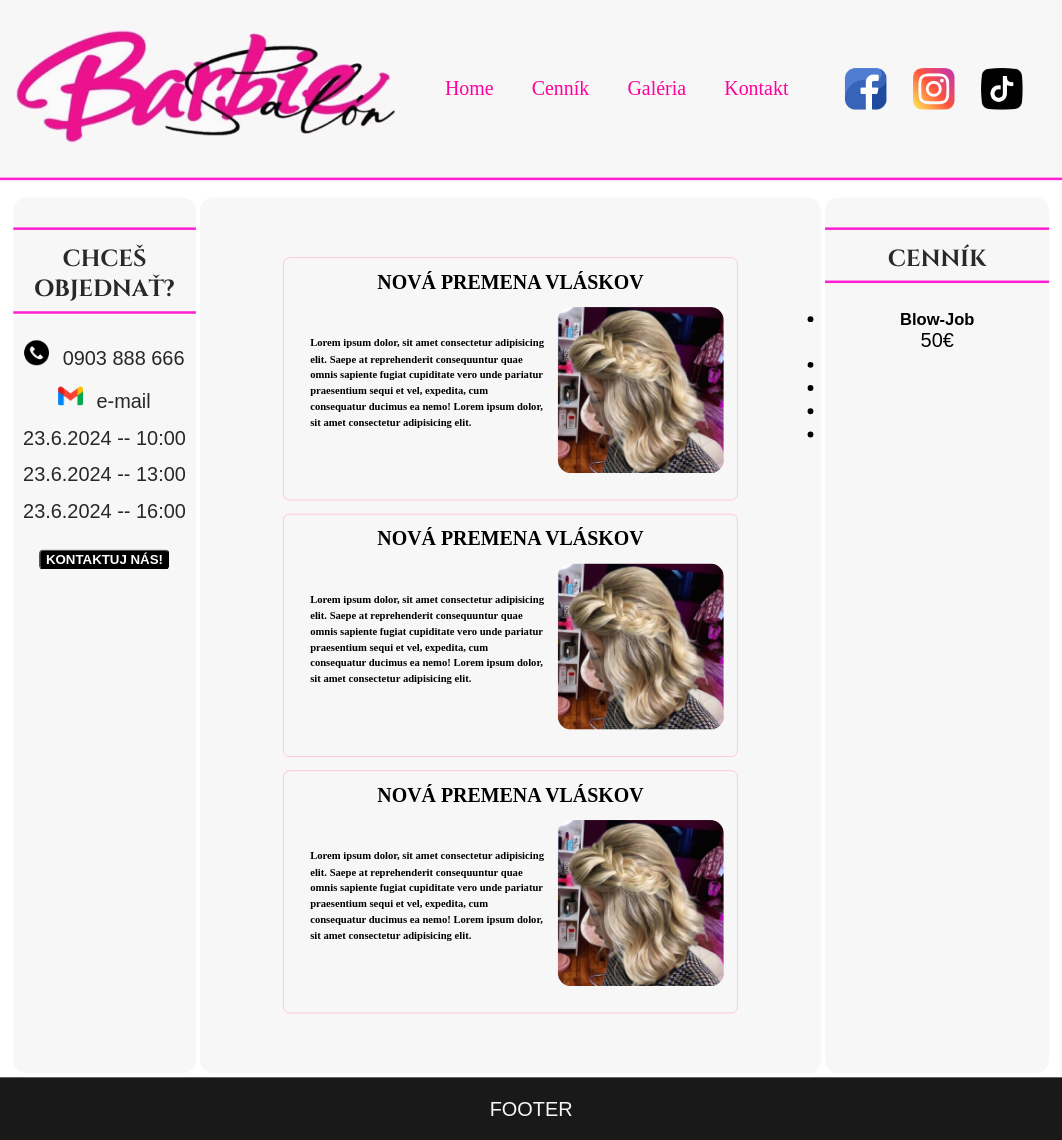
Repository: Badynko/Barbie-salon
Page: index.html
The author's editor kept a copy of each file at every save. The page is drawn from the files as they stood at one save, then again after the next save.
The browser window is 1280 px wide. The pictures show the whole page, at 83% of full size.
Some web fonts or font styles are not loaded; a fallback is used.

Above is the page before, as saved 2024-08-05 12:49:54.

After the next save:
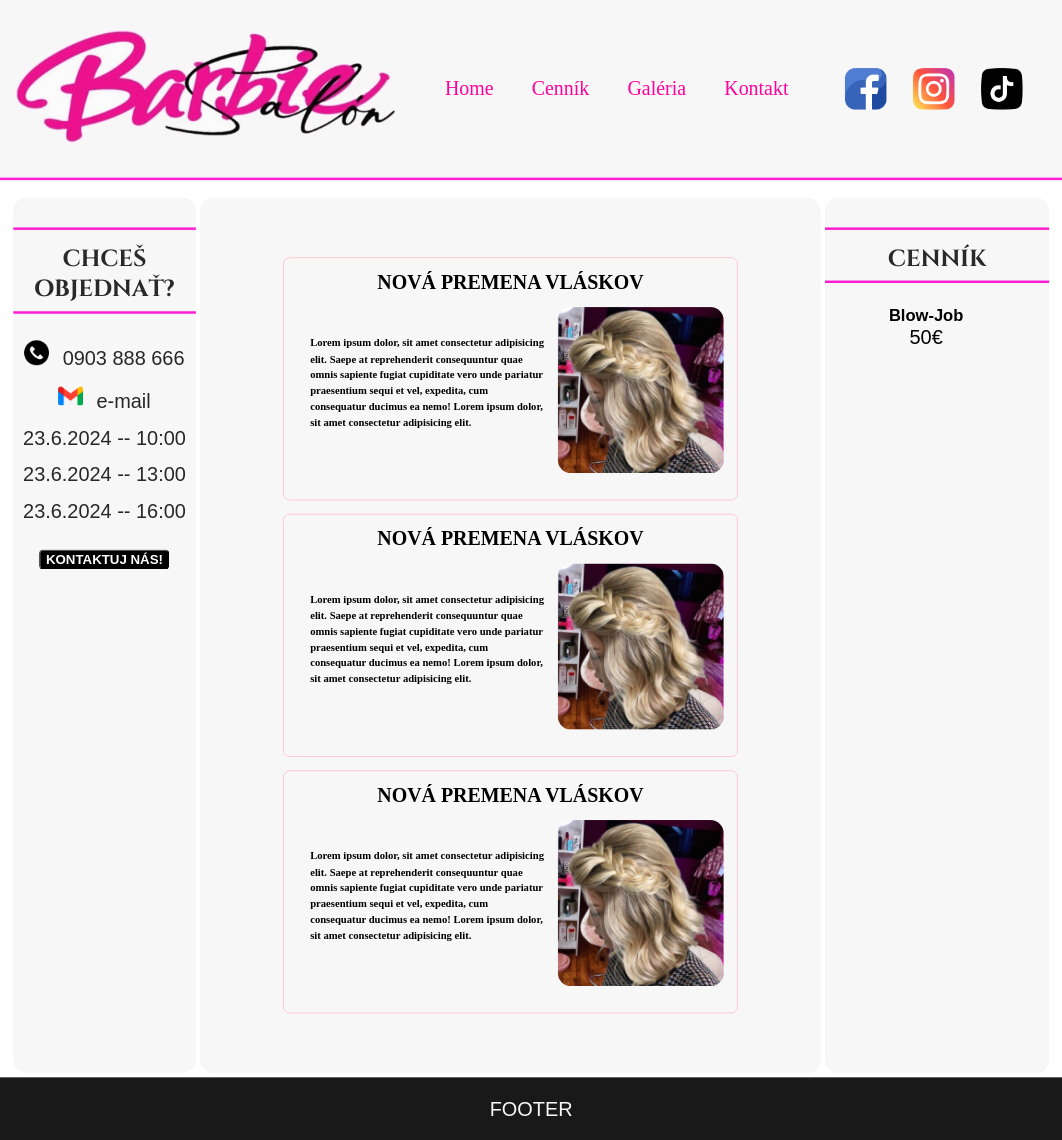
Saved 21 s later.
--- a/css/style.css
+++ b/css/style.css
@@ -261,6 +261,10 @@
   color: #000;
 }
 
+.prices li {
+  display: inline-block;
+}
+
 @media all and (max-width: 550px) {
   .main {
     flex-direction: column;

After the save that followed:
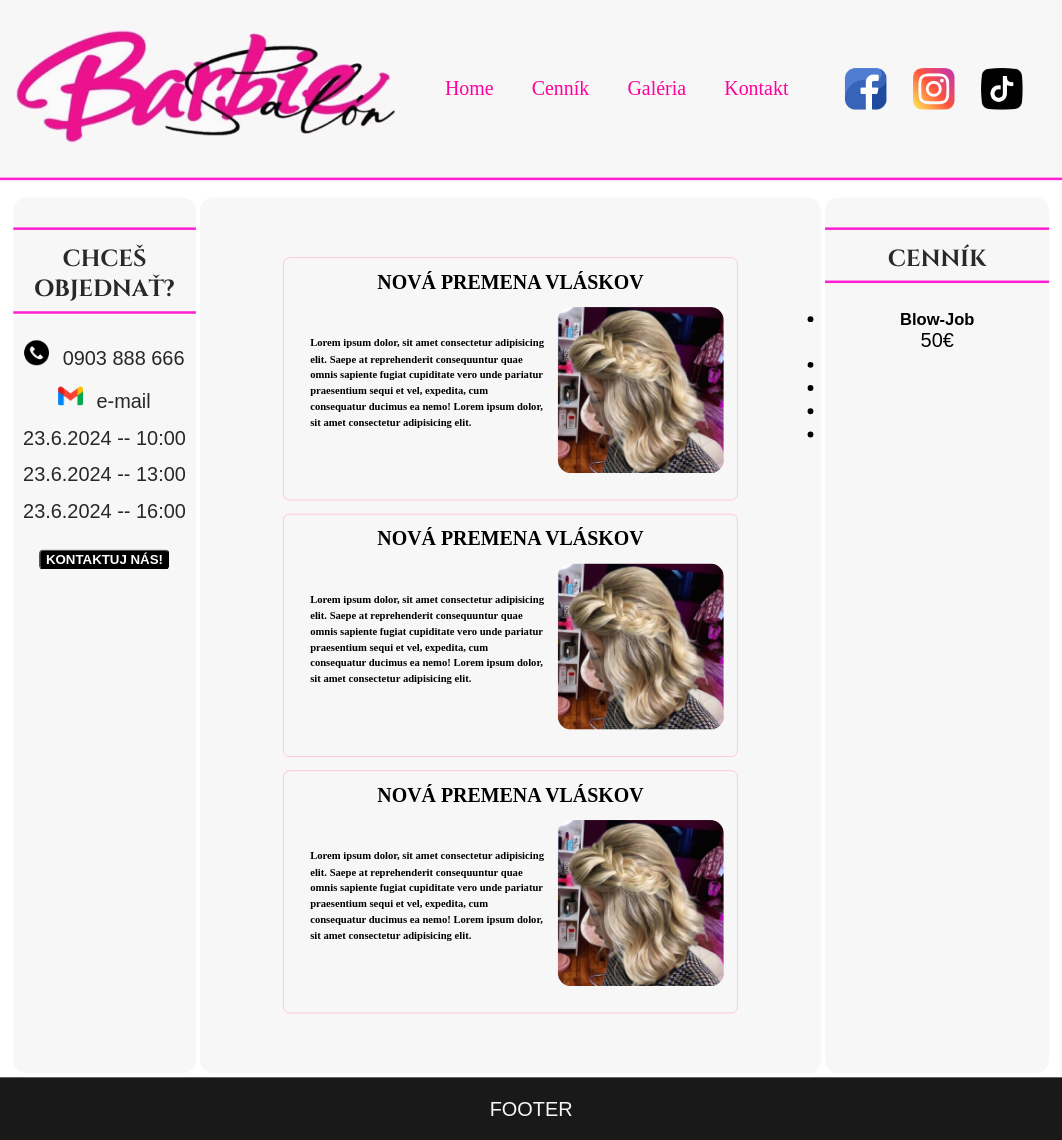
Saved 5 s later.
--- a/css/style.css
+++ b/css/style.css
@@ -261,7 +261,7 @@
   color: #000;
 }
 
-.prices li {
+.prices ul {
   display: inline-block;
 }
 
